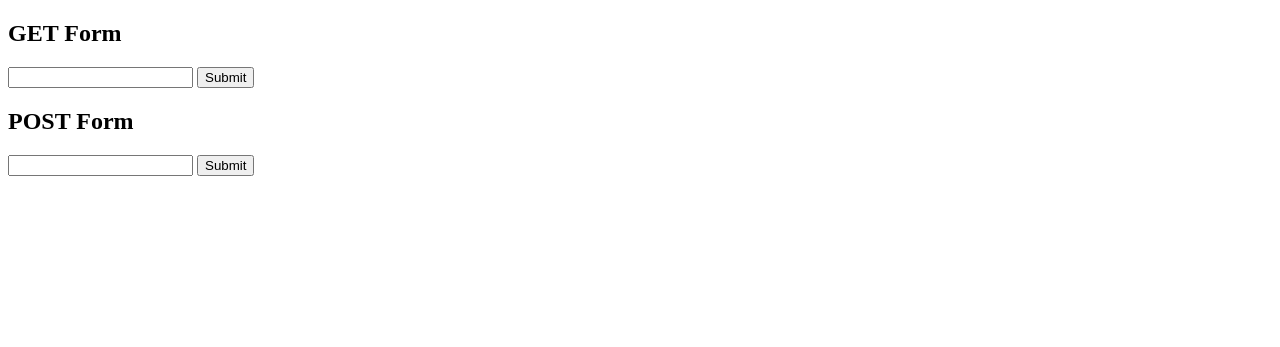
Repository: HHongmoris/TIL
Page: 04_BackEnd/BackEnd02_Servlet/WebContent/form_01_get_post.html
An editor plug-in stored every save of this project. The page is shown before and after the next save, followed by the edit.
The browser window is 1280 px wide. The pictures show the whole page.

Above is the page before, as saved 2023-03-07 02:43:13.

After the next save:
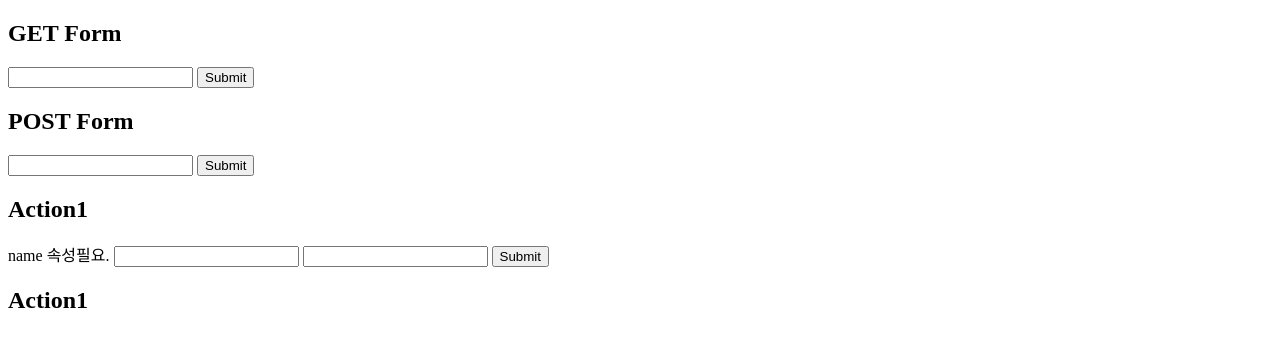
Saved 50 s later.
--- a/04_BackEnd/BackEnd02_Servlet/WebContent/form_01_get_post.html
+++ b/04_BackEnd/BackEnd02_Servlet/WebContent/form_01_get_post.html
@@ -18,14 +18,14 @@
 		<input type="submit">
 	</form>
 	<!-- 차이를 느껴라! -->
-	<!-- <h2>Action1</h2>
+	<h2>Action1</h2>
 	<form action="/gogo" method="GET">
 		name 속성필요.
 		<input type="text" name="id">
 		<input type="password" name="pw">
 		<input type="submit">
 	</form>
-	<h2>Action1</h2> -->
+	<h2>Action1</h2>
 	<!-- <form action="gogo" method="GET">
 		name 속성필요.
 		<input type="text" name="id">
